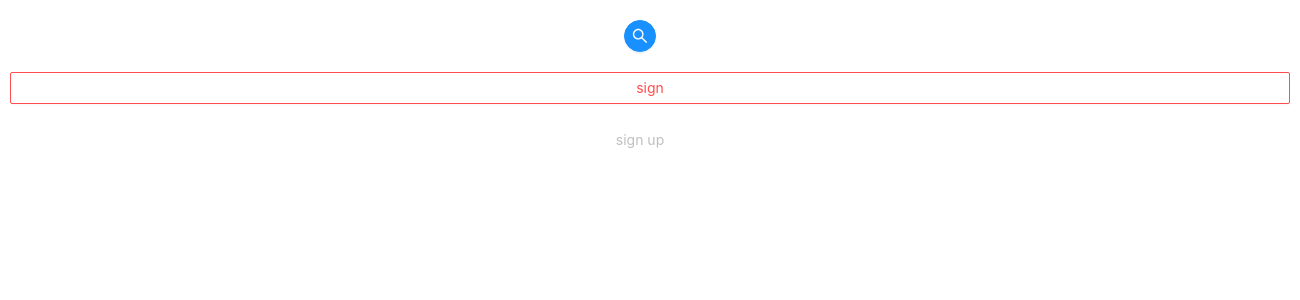
Repository: ErosHai/antd-demo
Page: /
The author's editor kept a copy of each file at every save. The page is drawn from the files as they stood at one save, then again after the next save.
The browser window is 1280 px wide. The page is 1300 px wide, so the pictures cover 1300 px, including what lies to the right of the window. The pictures show the whole page.
The project was rebuilt for these pictures with package versions that can differ from the ones it lists, and the page was loaded fresh each time.

Above is the page before, as saved 2022-04-12 14:06:47.

### src/App.js
import './App.css'
import { Button, Tooltip } from 'antd'
import { SearchOutlined } from '@ant-design/icons'

function App() {
	return (
		<div className="App">
			<Tooltip title="search">
				<Button
					type="primary"
					shape="circle"
					icon={<SearchOutlined />}
				></Button>
			</Tooltip>
			<Button type="default" block ghost danger>
				sign
			</Button>
			<Button type="text" disabled>
				sign up
			</Button>
		</div>
	)
}

export default App

### src/App.css
@import '~antd/dist/antd.css';

.App {
  text-align: center;
  /* background-color: #282c34; */
  padding:10px 0px;

}
.App button {
  margin:  10px;
}
.App-logo {
  height: 40vmin;
  pointer-events: none;
}

@media (prefers-reduced-motion: no-preference) {
  .App-logo {
    animation: App-logo-spin infinite 20s linear;
  }
}

.App-header {
  background-color: #282c34;
  min-height: 100vh;
  display: flex;
  flex-direction: column;
  align-items: center;
  justify-content: center;
  font-size: calc(10px + 2vmin);
  color: white;
}

.App-link {
  color: #61dafb;
}

@keyframes App-logo-spin {
  from {
    transform: rotate(0deg);
  }
  to {
    transform: rotate(360deg);
  }
}

Loaded but not shown: public/index.html (common file); src/index.js (common file); src/index.css (common file); src/reportWebVitals.js (common file)

After the next save:
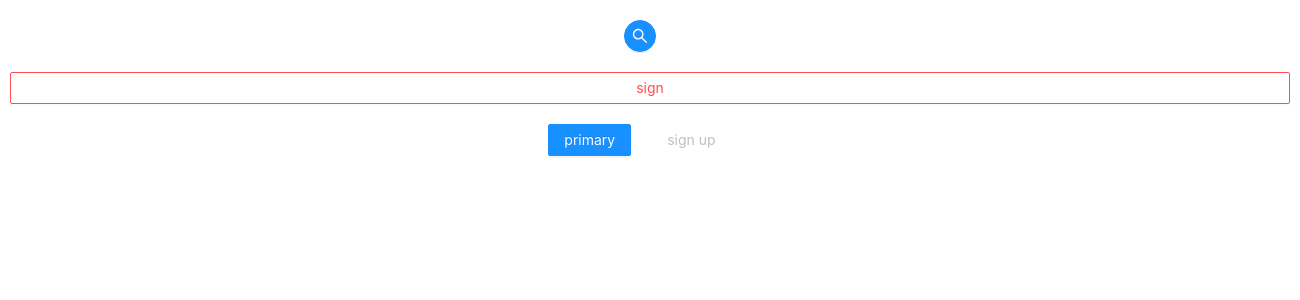
Saved 58 s later.
--- a/src/App.js
+++ b/src/App.js
@@ -15,6 +15,7 @@ function App() {
 			<Button type="default" block ghost danger>
 				sign
 			</Button>
+			<Button type="primary">primary</Button>
 			<Button type="text" disabled>
 				sign up
 			</Button>
